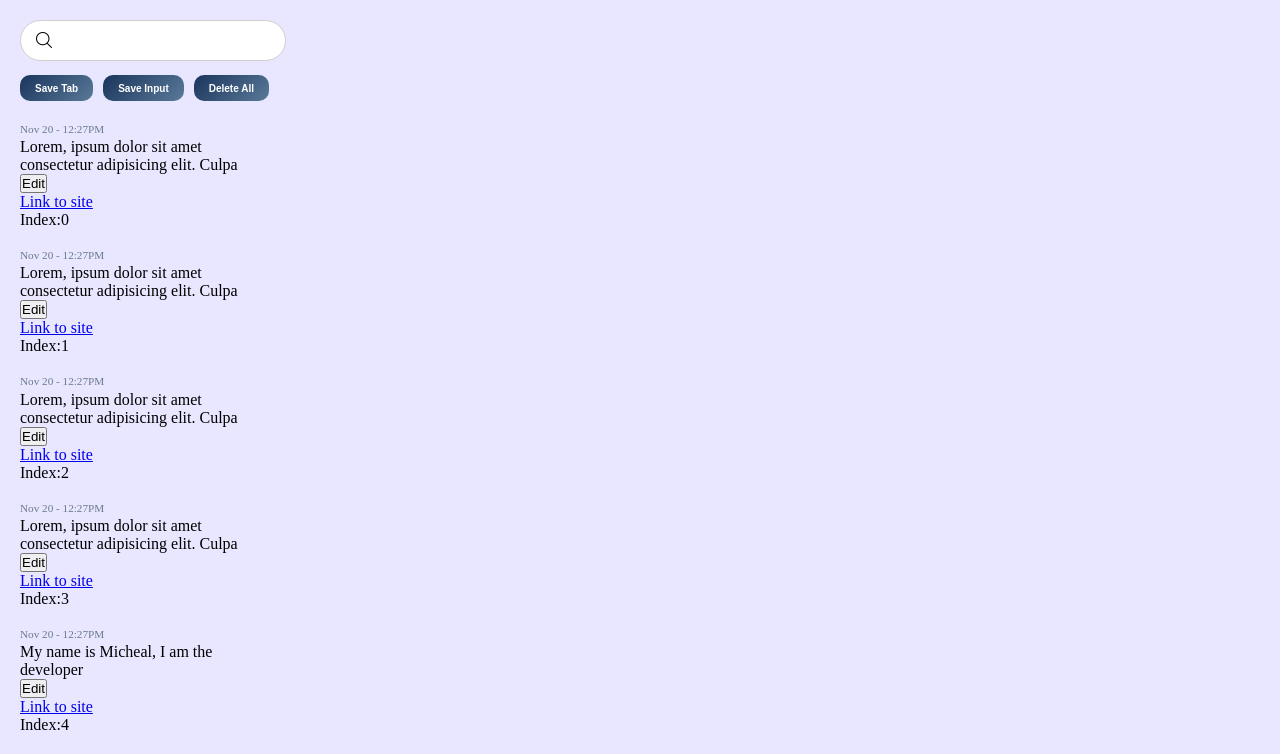
Repository: IdowuMicheal-1/Text-Tab-Organizer
Page: popup.html
These files come from the project's save history. The page is drawn as it stood at one moment and after the next save; the edit follows.
The browser window is 1280 px wide. The pictures show the whole page.

Above is the page before, as saved 2025-05-14 15:03:26.

After the next save:
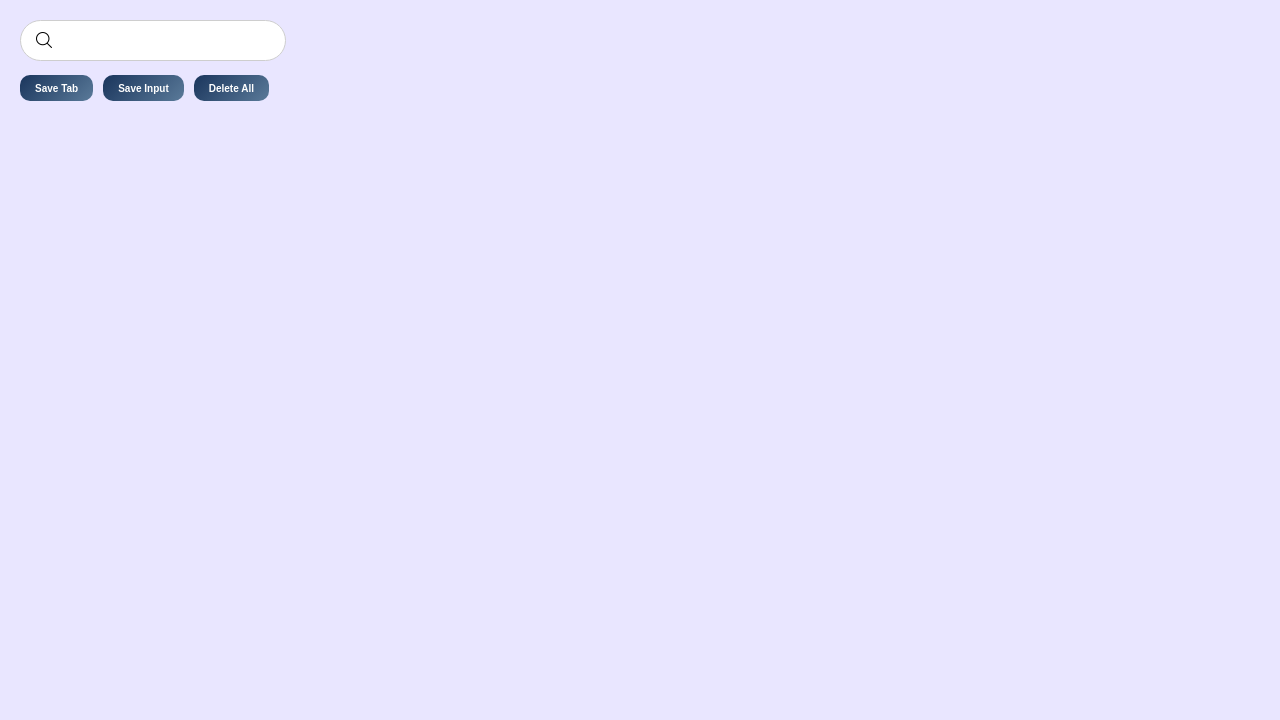
Console error: TypeError: Cannot read properties of null (reading 'addEventListener')
Saved 49 s later.
--- a/popup.js
+++ b/popup.js
@@ -45,10 +45,10 @@
           <p>Index:${index}</p>
        `;
 
+       document.querySelector(".edit-btn").addEventListener("click",(index) => {
+           console.log(index)
+       })
     listContent.appendChild(li);
-    document.querySelector(".edit-btn").addEventListener("click",(index) => {
-        console.log(index)
-    })
 });
 
 const text = ` hello how are you ${name}`

After the save that followed:
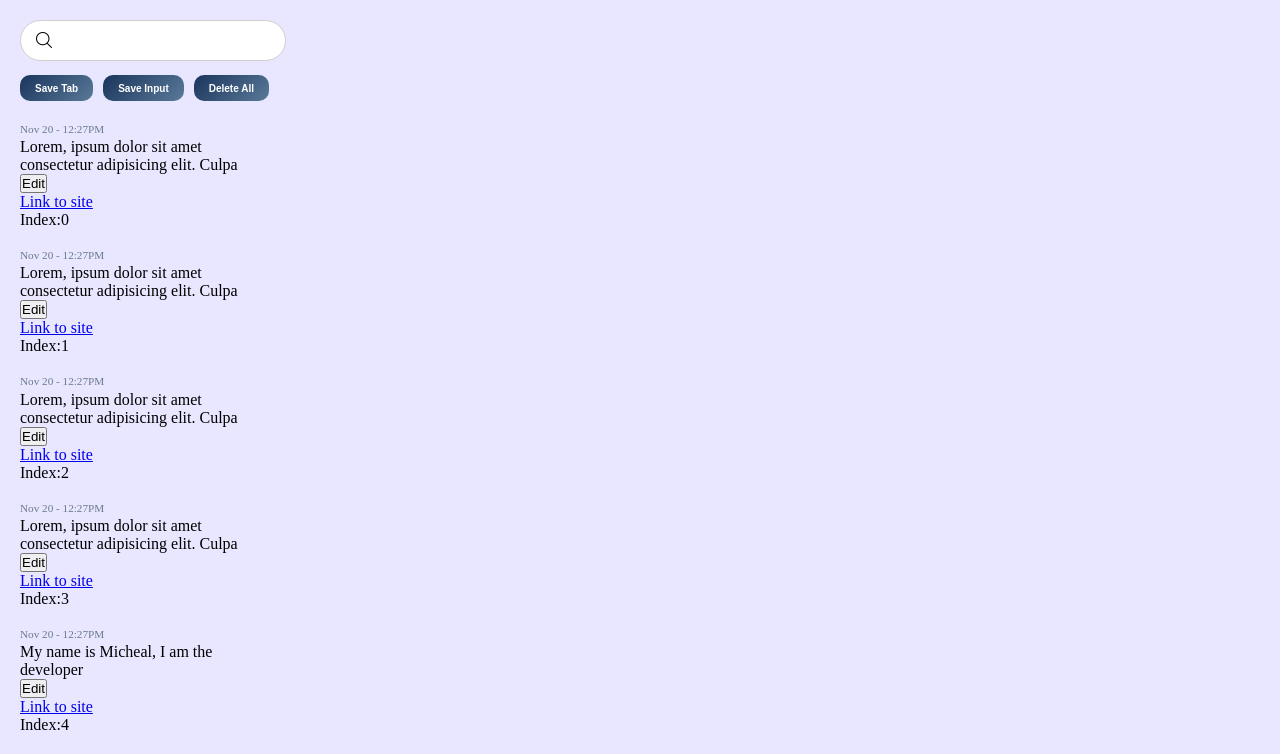
The error is gone.
Saved 35 s later.
--- a/popup.js
+++ b/popup.js
@@ -45,9 +45,7 @@
           <p>Index:${index}</p>
        `;
 
-       document.querySelector(".edit-btn").addEventListener("click",(index) => {
-           console.log(index)
-       })
+
     listContent.appendChild(li);
 });
 
